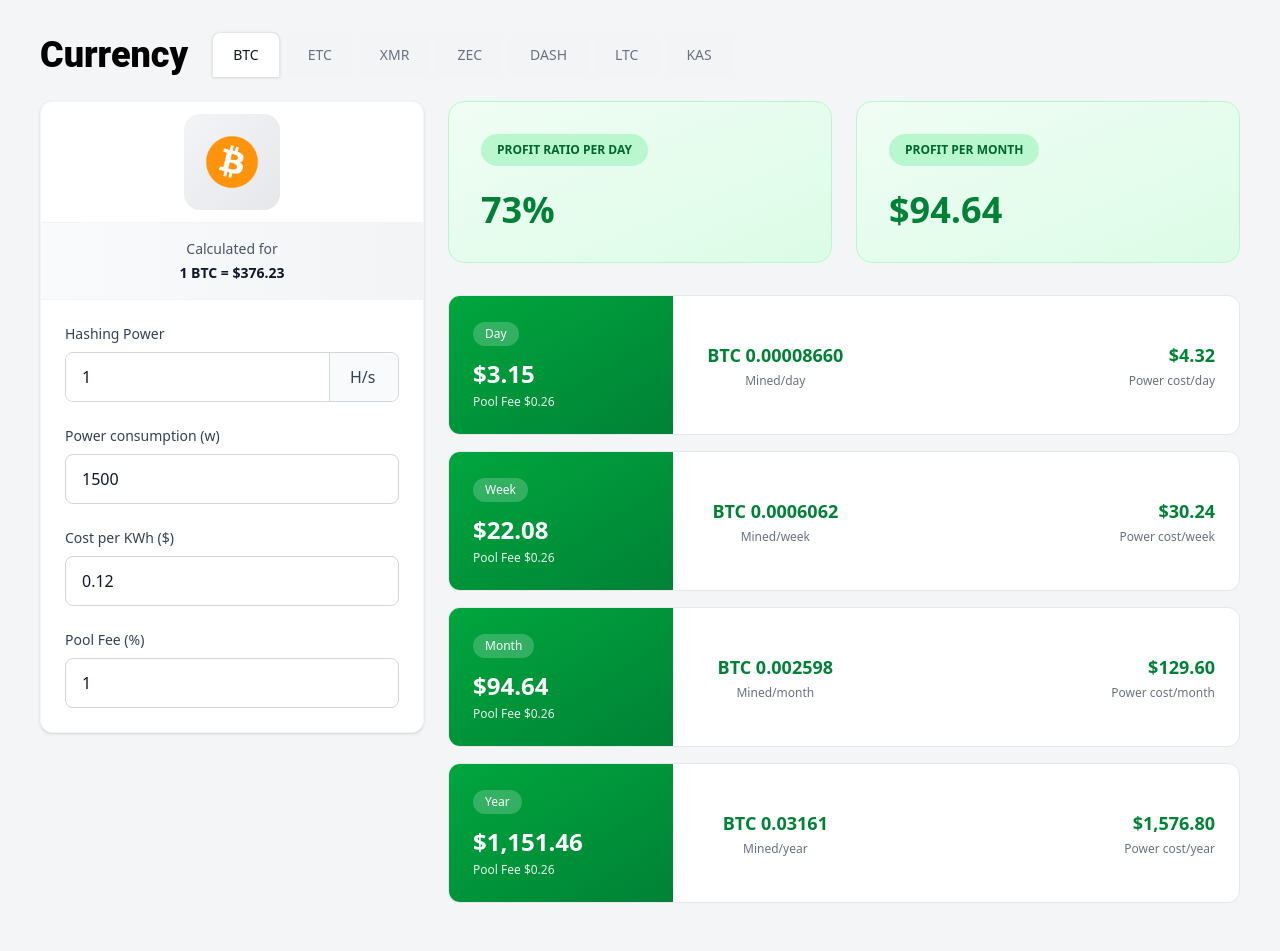
Repository: Bilal-Ahmad-CodeMaster/crypto-proj
Page: /
These files come from the project's save history. The page is drawn as it stood at one moment and after the next save; the edit follows.
The browser window is 1280 px wide. The pictures show the whole page.
The project was rebuilt for these pictures with package versions that can differ from the ones it lists, and the page was loaded fresh each time. The framework's server and built-in components were replaced by stand-ins that run in the browser. Also part of the build but not shown: next.config.ts.

Above is the page before, as saved 2025-11-25 21:53:18.

After the next save:
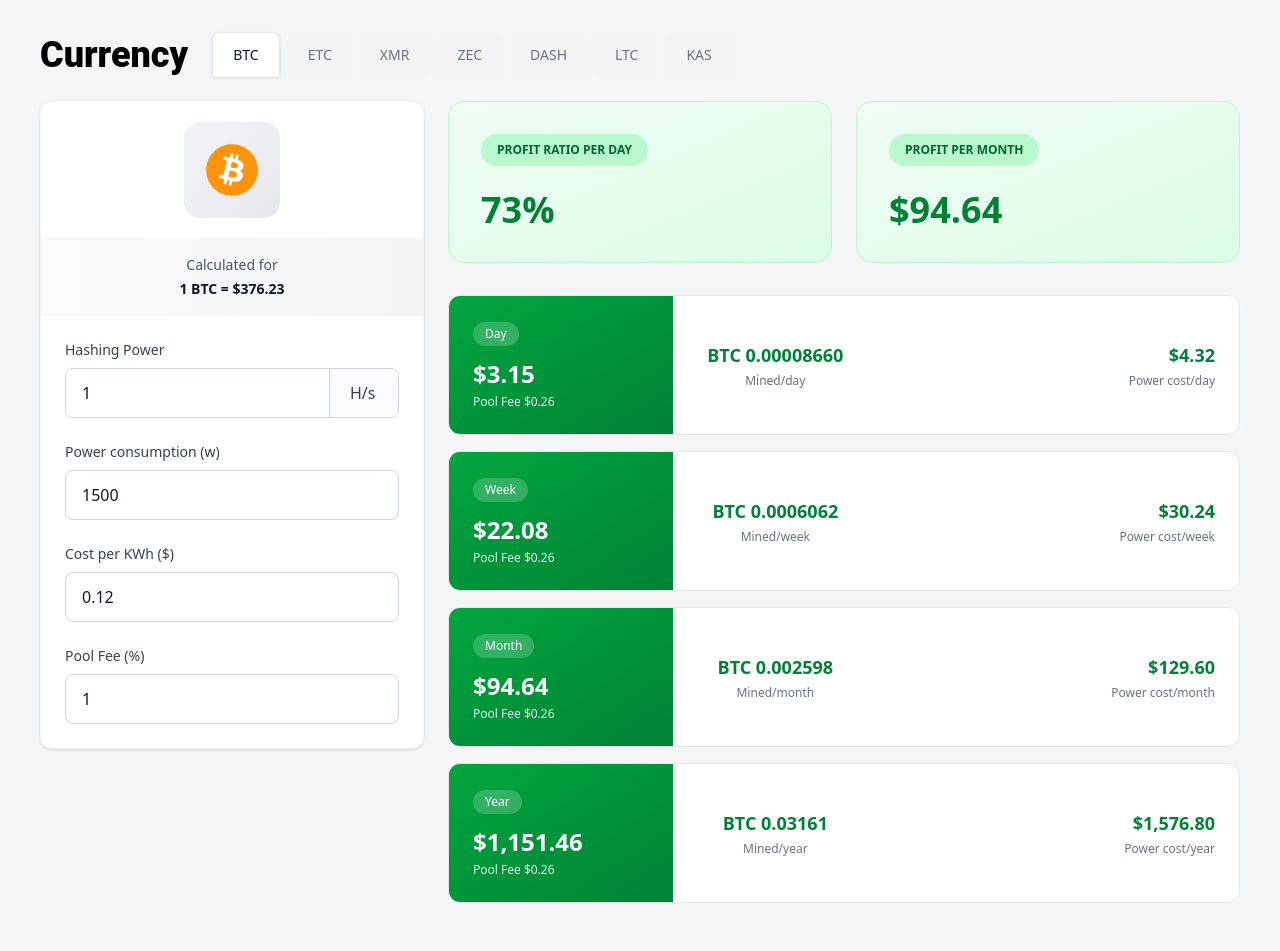
Saved 2 min 43 s later.
--- a/src/app/components/HashingForm.tsx
+++ b/src/app/components/HashingForm.tsx
@@ -5,7 +5,7 @@
 export default function HashingForm({ active }: { active: string }) {
     return (
         <div className="bg-white rounded-xl shadow-sm border border-gray-100 overflow-hidden">
-            <div className="p-3 border-b border-gray-100 flex items-center justify-center">
+            <div className="p-5 border-b border-gray-100 flex items-center justify-center">
                 <div className="w-24 h-24 bg-linear-to-br from-gray-100 to-gray-200 rounded-2xl flex items-center justify-center p-4">
                     <Image
                         src={`/${active.toLowerCase()}.png`}
